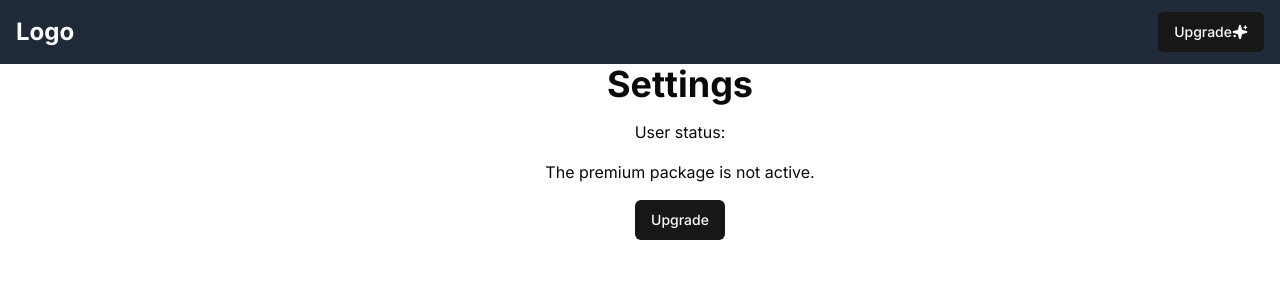
Repository: michalmilek/AI-companion-bot
Page: /settings
These files come from the project's save history. The page is drawn as it stood at one moment and after the next save; the edit follows.
The browser window is 1280 px wide. The pictures show the whole page.
The page's requests for data from a server got no answer. The project was rebuilt for these pictures with package versions that can differ from the ones it lists, and the page was loaded fresh each time. Some packages were replaced by stand-ins written for this rebuild. The framework's server and built-in components were replaced by stand-ins that run in the browser. No one was signed in, and anything a server would have sent is missing. Also part of the build but not shown: next.config.js. Imported but missing from the stored project, and not drawn on this page: lib/prismadb.

Above is the page before, as saved 2023-10-10 14:03:24.

### app/layout.tsx
import { ClerkProvider } from "@clerk/nextjs";
import "./globals.css";
import type { Metadata } from "next";
import { Inter } from "next/font/google";

const inter = Inter({ subsets: ["latin"] });

export const metadata: Metadata = {
  title: "Create Next App",
  description: "Generated by create next app",
};

export default function RootLayout({
  children,
}: {
  children: React.ReactNode;
}) {
  return (
    <ClerkProvider>
      <html lang="en">
        <body className={inter.className}>{children}</body>
      </html>
    </ClerkProvider>
  );
}

### app/(root)/layout.tsx
import Navbar from "@/components/Navbar";
import React from "react";

const RootLayout = ({ children }: { children: React.ReactNode }) => {
  return (
    <div className="h-screen">
      <Navbar />
      <main className="md:pl-20 pt-16 h-full">{children}</main>
    </div>
  );
};

export default RootLayout;

### app/(root)/(routes)/settings/page.tsx
import { checkSubscription } from "@/lib/subscription";
import React from "react";
import SubscriptionPanel from "./companion/SubscriptionPanel";

const page = async () => {
  const isPro = await checkSubscription();
  return (
    <div>
      <SubscriptionPanel isPro={isPro} />
    </div>
  );
};

export default page;

### app/globals.css
@tailwind base;
@tailwind components;
@tailwind utilities;

@layer base {
  :root {
    --background: 0 0% 100%;
    --foreground: 0 0% 3.9%;

    --card: 0 0% 100%;
    --card-foreground: 0 0% 3.9%;

    --popover: 0 0% 100%;
    --popover-foreground: 0 0% 3.9%;

    --primary: 0 0% 9%;
    --primary-foreground: 0 0% 98%;

    --secondary: 0 0% 96.1%;
    --secondary-foreground: 0 0% 9%;

    --muted: 0 0% 96.1%;
    --muted-foreground: 0 0% 45.1%;

    --accent: 0 0% 96.1%;
    --accent-foreground: 0 0% 9%;

    --destructive: 0 84.2% 60.2%;
    --destructive-foreground: 0 0% 98%;

    --border: 0 0% 89.8%;
    --input: 0 0% 89.8%;
    --ring: 0 0% 3.9%;

    --radius: 0.5rem;
  }

  .dark {
    --background: 0 0% 3.9%;
    --foreground: 0 0% 98%;

    --card: 0 0% 3.9%;
    --card-foreground: 0 0% 98%;

    --popover: 0 0% 3.9%;
    --popover-foreground: 0 0% 98%;

    --primary: 0 0% 98%;
    --primary-foreground: 0 0% 9%;

    --secondary: 0 0% 14.9%;
    --secondary-foreground: 0 0% 98%;

    --muted: 0 0% 14.9%;
    --muted-foreground: 0 0% 63.9%;

    --accent: 0 0% 14.9%;
    --accent-foreground: 0 0% 98%;

    --destructive: 0 62.8% 30.6%;
    --destructive-foreground: 0 0% 98%;

    --border: 0 0% 14.9%;
    --input: 0 0% 14.9%;
    --ring: 0 0% 83.1%;
  }
}

@layer base {
  * {
    @apply border-border;
  }
  body {
    @apply bg-background text-foreground;
  }
}

*{
  box-sizing: border-box;
  padding: 0;
  margin: 0;
}

### components/Navbar.tsx
"use client";

import React, { useEffect, useState } from "react";
import { UserButton } from "@clerk/nextjs";
import { Button } from "./ui/button";
import { Sparkles } from "lucide-react";

const Navbar = () => {
  return (
    <nav className="bg-gray-800 text-white h-16 flex justify-between items-center px-4 fixed top-0 left-0 right-0 z-50">
      <a
        href="#"
        className="text-2xl font-bold">
        Logo
      </a>
      <div className="flex items-center gap-3">
        <Button color="white">
          Upgrade
          <Sparkles className="text-white fill-white h-4 w-4" />
        </Button>

        <UserButton />
      </div>
    </nav>
  );
};

export default Navbar;

### lib/subscription.ts
import { auth } from "@clerk/nextjs";

import prismadb from "@/lib/prismadb";

const DAY_IN_MS = 86_400_000;

export const checkSubscription = async () => {
  const { userId } = auth();

  if (!userId) {
    return false;
  }

  const userSubscription = await prismadb.userSubscription.findUnique({
    where: {
      userId,
    },
    select: {
      stripeCurrentPeriodEnd: true,
      stripeCustomerId: true,
      stripePriceId: true,
      stripeSubscriptionId: true,
    },
  });

  if (!userSubscription) {
    return false;
  }

  const isValid =
    userSubscription.stripePriceId &&
    userSubscription.stripeCurrentPeriodEnd?.getTime()! + DAY_IN_MS >
      Date.now();

  return !!isValid;
};

### app/(root)/(routes)/settings/companion/SubscriptionPanel.tsx
"use client";

import { Button } from "@/components/ui/button";
import axios from "axios";
import React from "react";

const SubscriptionPanel = ({ isPro }: { isPro: boolean }) => {
  const onSubscribe = async () => {
    try {
      const response = await axios.get("/api/stripe");

      window.location.href = response.data.url;
    } catch (error) {
      console.log("onSubscribe error", error);
    }
  };

  return (
    <div className="flex flex-col gap-4 items-center justify-center">
      <h1 className="text-4xl font-bold">Settings</h1>
      <h2>User status:</h2>
      <p>
        {isPro
          ? "The premium package is active."
          : "The premium package is not active."}
      </p>
      <Button onClick={onSubscribe}>
        {isPro ? "Edit your subscription" : "Upgrade"}
      </Button>
    </div>
  );
};

export default SubscriptionPanel;

### components/ui/button.tsx
import * as React from "react"
import { Slot } from "@radix-ui/react-slot"
import { cva, type VariantProps } from "class-variance-authority"

import { cn } from "@/lib/utils"

const buttonVariants = cva(
  "inline-flex items-center justify-center rounded-md text-sm font-medium ring-offset-background transition-colors focus-visible:outline-none focus-visible:ring-2 focus-visible:ring-ring focus-visible:ring-offset-2 disabled:pointer-events-none disabled:opacity-50",
  {
    variants: {
      variant: {
        default: "bg-primary text-primary-foreground hover:bg-primary/90",
        destructive:
          "bg-destructive text-destructive-foreground hover:bg-destructive/90",
        outline:
          "border border-input bg-background hover:bg-accent hover:text-accent-foreground",
        secondary:
          "bg-secondary text-secondary-foreground hover:bg-secondary/80",
        ghost: "hover:bg-accent hover:text-accent-foreground",
        link: "text-primary underline-offset-4 hover:underline",
      },
      size: {
        default: "h-10 px-4 py-2",
        sm: "h-9 rounded-md px-3",
        lg: "h-11 rounded-md px-8",
        icon: "h-10 w-10",
      },
    },
    defaultVariants: {
      variant: "default",
      size: "default",
    },
  }
)

export interface ButtonProps
  extends React.ButtonHTMLAttributes<HTMLButtonElement>,
    VariantProps<typeof buttonVariants> {
  asChild?: boolean
}

const Button = React.forwardRef<HTMLButtonElement, ButtonProps>(
  ({ className, variant, size, asChild = false, ...props }, ref) => {
    const Comp = asChild ? Slot : "button"
    return (
      <Comp
        className={cn(buttonVariants({ variant, size, className }))}
        ref={ref}
        {...props}
      />
    )
  }
)
Button.displayName = "Button"

export { Button, buttonVariants }

Loaded but not shown: lib/utils.ts (common file); tailwind.config.js (common file)

After the next save:
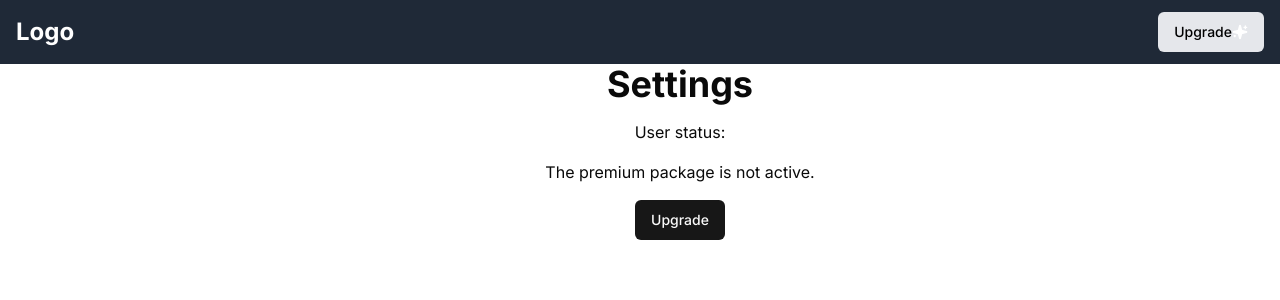
Saved 15 s later.
--- a/components/Navbar.tsx
+++ b/components/Navbar.tsx
@@ -14,7 +14,7 @@ const Navbar = () => {
         Logo
       </a>
       <div className="flex items-center gap-3">
-        <Button color="white">
+        <Button className="bg-gray-200 text-black">
           Upgrade
           <Sparkles className="text-white fill-white h-4 w-4" />
         </Button>
